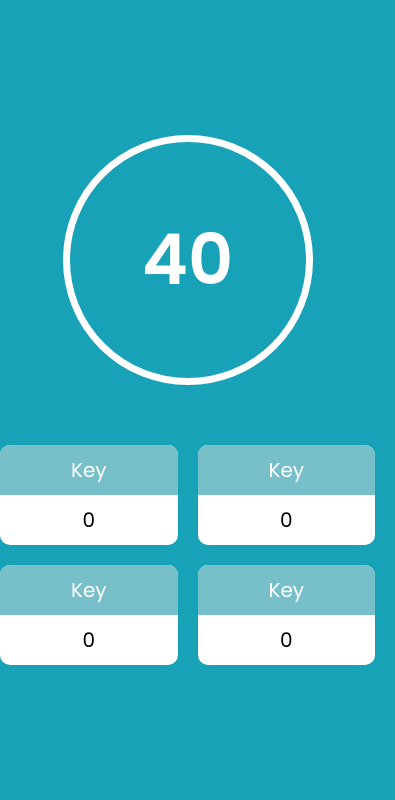
Repository: congnt98/Lean-javascript-in-project
Page: 30Days/6_Keydown/index.html
An editor plug-in stored every save of this project. The page is shown before and after a run of saves, followed by the edit.
The browser window is 375 px wide. The page is 395 px wide, so the pictures cover 395 px, including what lies to the right of the window. The pictures show the whole page.

Above is the page before, as saved 2024-02-22 10:34:10.

After the next 2 saves:
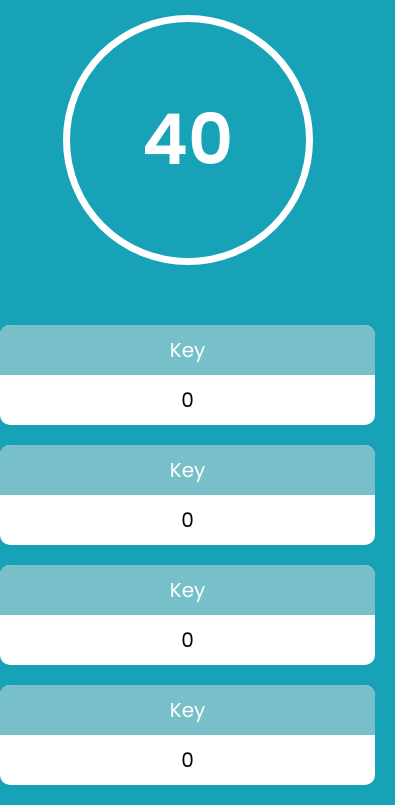
The 2 saves are shown as one change because they came seconds apart.
The last was saved 8 s later.
--- a/30Days/6_Keydown/style.css
+++ b/30Days/6_Keydown/style.css
@@ -103,10 +103,10 @@ body {
     }
 }
 
-@media (max-width:991px) {
+@media (max-width:575px) {
     .box .detail {
         --gap: 20px;
-        --colums: 2;
+        --colums: 1;
         --row-gap: 20px
     }
 }
